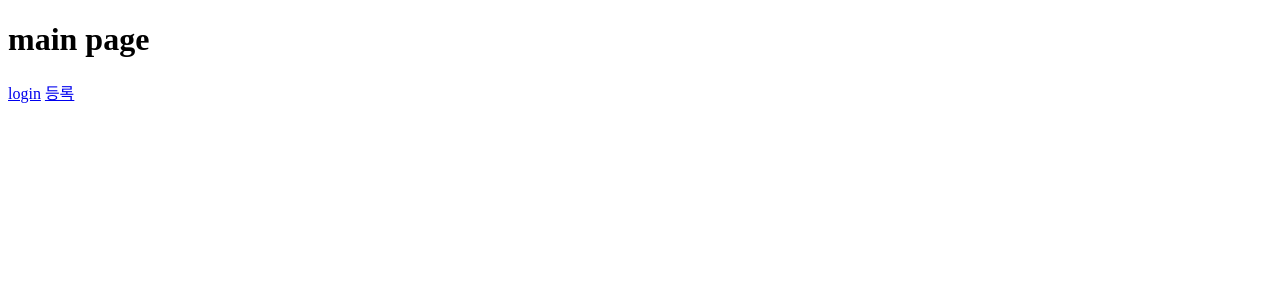
Repository: nojong99/kosta
Page: 32_MVCModel2/src/main/webapp/main.html
These files come from the project's save history. The page is drawn as it stood at one moment and after a run of saves; the edit follows.
The browser window is 1280 px wide. The pictures show the whole page.

Above is the page before, as saved 2026-09-18 01:54:31.

### 32_MVCModel2/src/main/webapp/main.html
<!DOCTYPE html>
<html>
<head>
<meta charset="UTF-8">
<title>Insert title here</title>
</head>
<body>
	<h1>main page</h1>
	<a href="controller?cmd=loginUI">login</a>
	<a href="controller?cmd=addCustomerUI">등록</a>
</body>
</html>

After the next 2 saves:
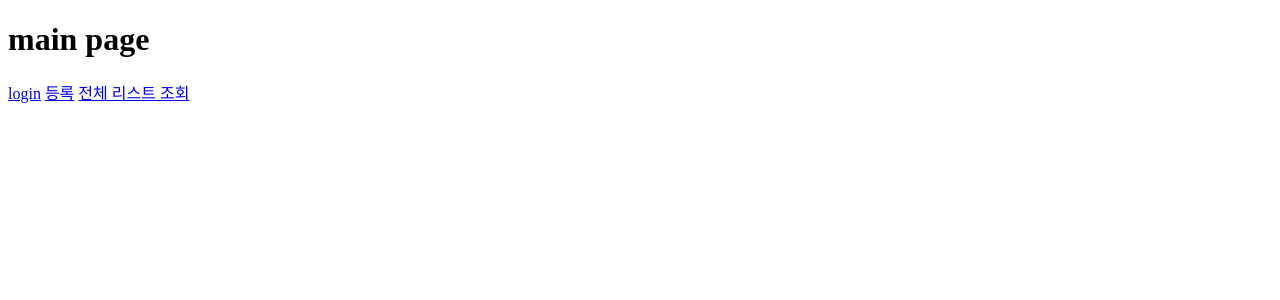
The 2 saves are shown as one change because they came seconds apart.
The last was saved 85 s later.
--- a/32_MVCModel2/src/main/webapp/main.html
+++ b/32_MVCModel2/src/main/webapp/main.html
@@ -8,5 +8,6 @@
 	<h1>main page</h1>
 	<a href="controller?cmd=loginUI">login</a>
 	<a href="controller?cmd=addCustomerUI">등록</a>
+	<a href="controller?cmd=customersUI">전체 리스트 조회</a>
 </body>
 </html>
